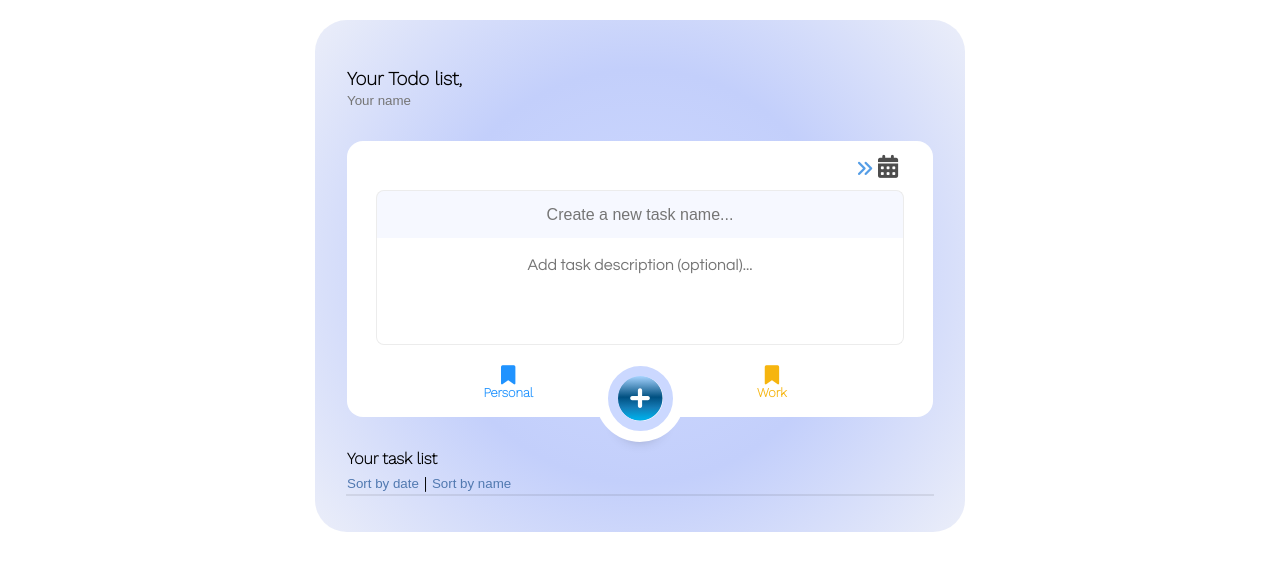
Repository: WesleyErasmus/Todo-App
Page: todoApp.html
An editor plug-in stored every save of this project. The page is shown before and after the next save, followed by the edit.
The browser window is 1280 px wide. The pictures show the whole page.
Some web libraries are served in a nearby version.

Above is the page before, as saved 2022-06-26 19:05:08.

After the next save:
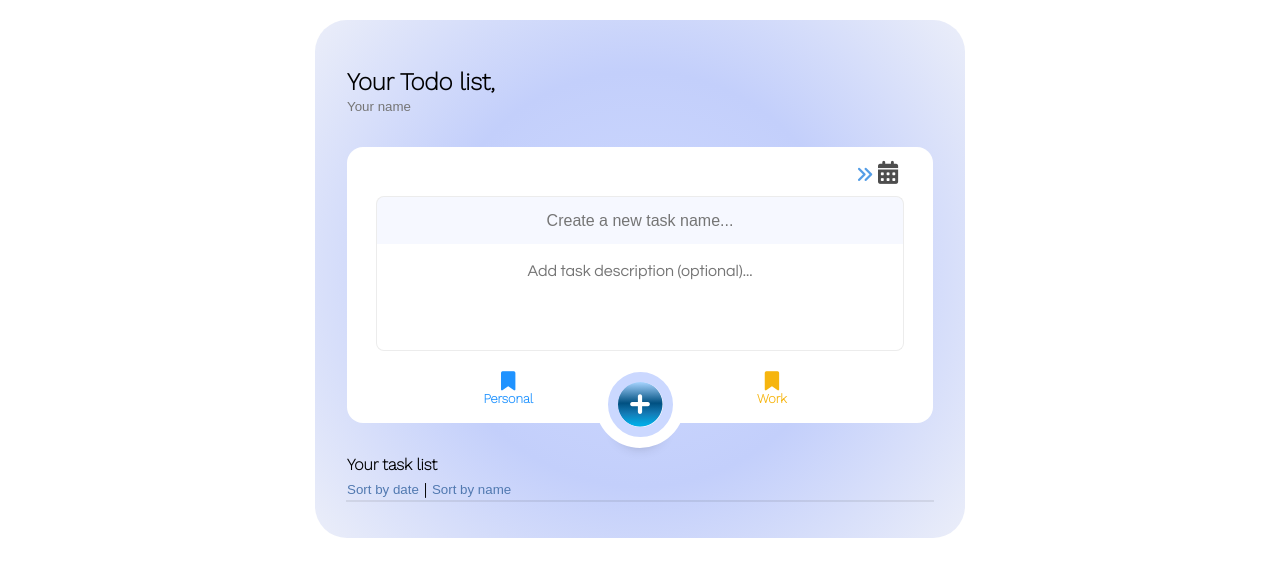
Saved 30 s later.
--- a/todoApp.html
+++ b/todoApp.html
@@ -18,7 +18,7 @@
         <header>
             <!-- Greeting and Name -->
             <div class="app-heading">
-                <h3>Your Todo list, </h3>
+                <h2>Your Todo list, </h2>
                 <input type="text" id="name" placeholder="Your name" />
                 <!-- <h5>Wesley Erasmus</h5> -->
             </div>
